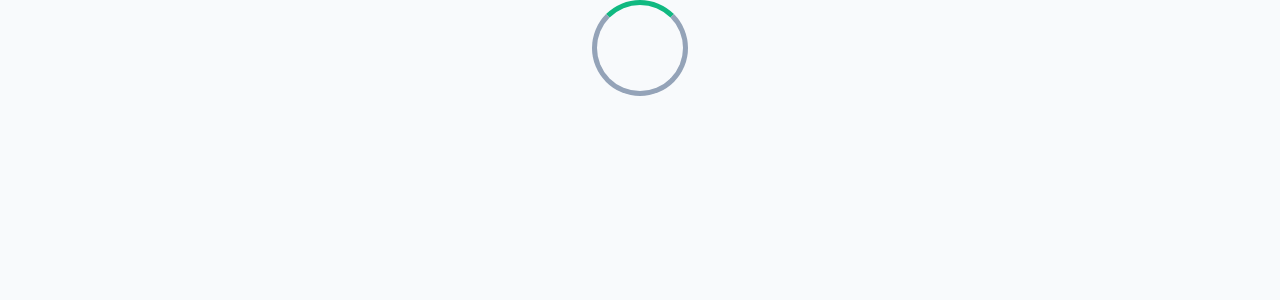
Repository: dydals3440/React-Projects
Page: / (app in 04-fundamental-projects/02-tours/starter/)
The author's editor kept a copy of each file at every save. The page is drawn from the files as they stood at one save, then again after the next save.
The browser window is 1280 px wide. The pictures show the whole page.
The page's requests for data from a server got no answer. The project was rebuilt for these pictures with package versions that can differ from the ones it lists, and the page was loaded fresh each time. No one was signed in, and anything a server would have sent is missing. Also part of the build but not shown: 04-fundamental-projects/02-tours/starter/vite.config.js, 04-fundamental-projects/02-tours/starter/src/Tour.jsx, 04-fundamental-projects/02-tours/starter/src/Tours.jsx.

Above is the page before, as saved 2023-09-03 03:16:54.

After the next save:
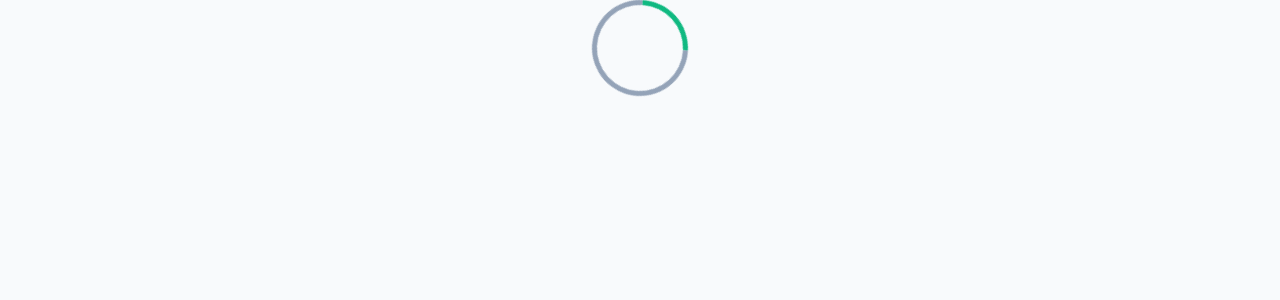
Saved 13 s later.
--- a/04-fundamental-projects/02-tours/starter/src/index.css
+++ b/04-fundamental-projects/02-tours/starter/src/index.css
@@ -251,4 +251,5 @@ ul {
   border-radius: 50%;
   margin: 0 auto;
   border-top-color: var(--primary-500);
-}
+  animation: spinner 0.6s linear infinite;
+}
